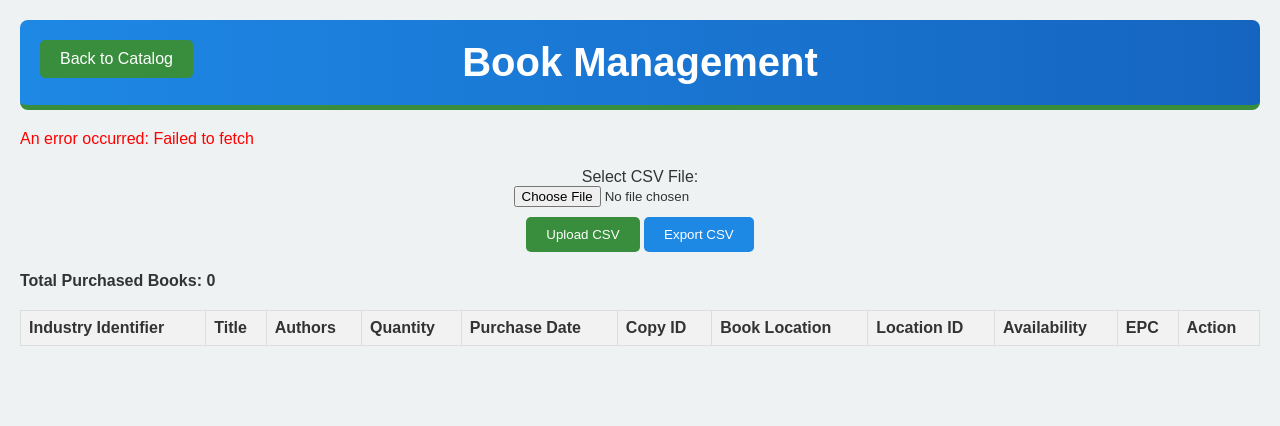
Repository: grebail/Comp-FYP
Page: public/importBook.html
These files come from the project's save history. The page is drawn as it stood at one moment and after the next save; the edit follows.
The browser window is 1280 px wide. The pictures show the whole page.
The page's requests for data from a server got no answer.

Above is the page before, as saved 2025-03-21 14:28:42.

After the next save:
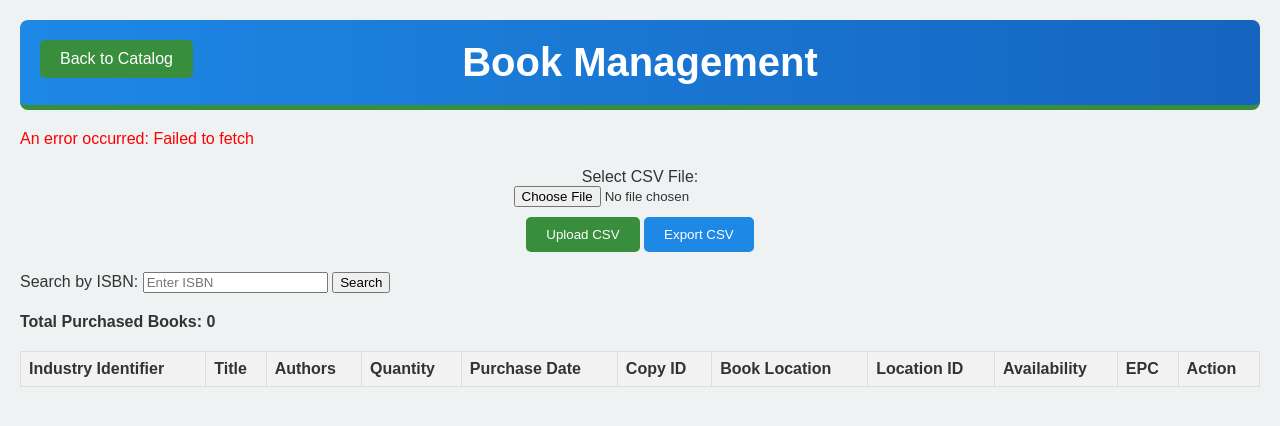
Saved 6 s later.
--- a/public/importBook.html
+++ b/public/importBook.html
@@ -176,7 +176,11 @@
         <button class="export-button" id="exportButton">Export CSV</button>
 
     </div>
-
+<div class="search-container">
+    <label for="searchInput">Search by ISBN:</label>
+    <input type="text" id="searchInput" placeholder="Enter ISBN" />
+    <button onclick="searchByISBN()">Search</button>
+</div>
     <div id="totalCount" class="total-count">Total Purchased Books: <span id="bookCount">0</span></div>
 
     <table id="bookTable" class="book-table">
